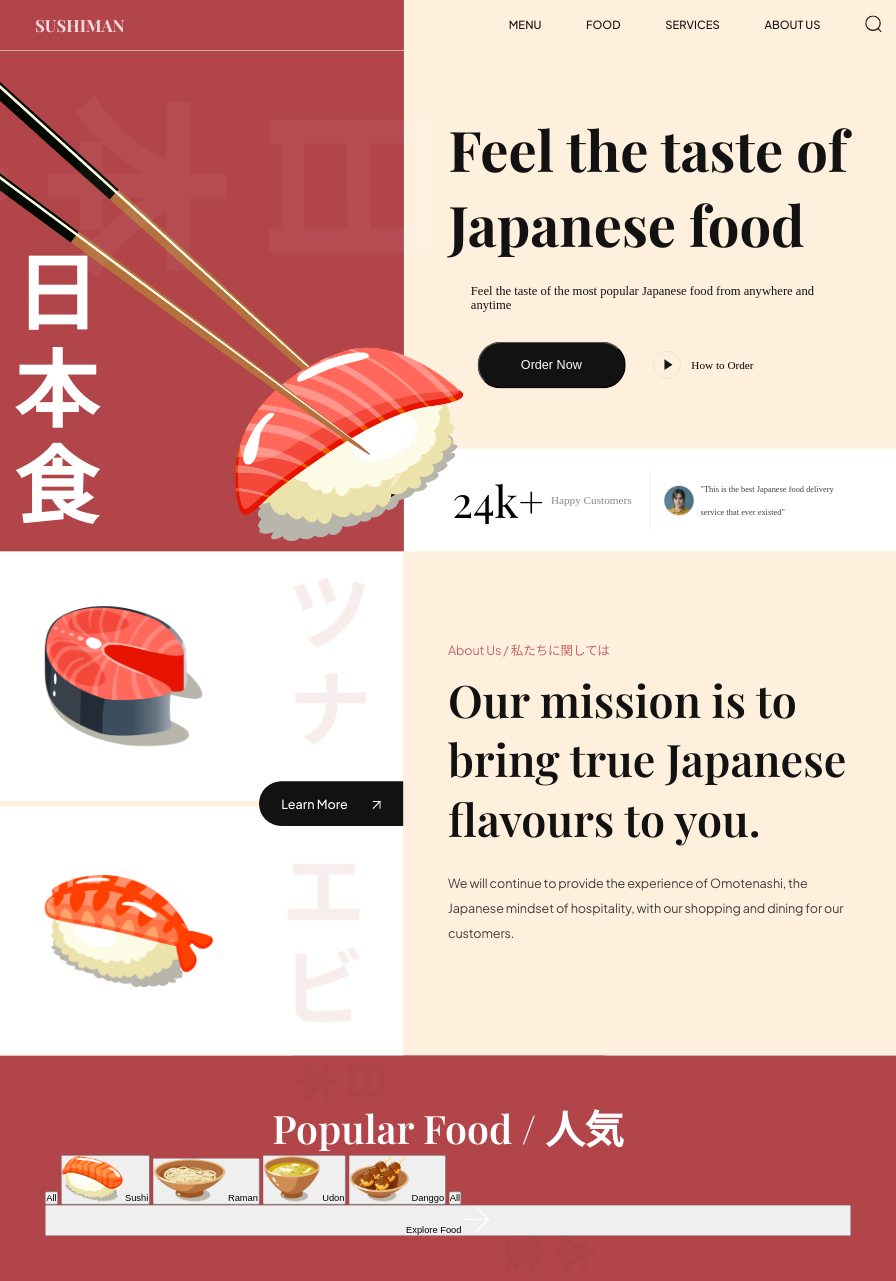
Repository: echoyol/sushiWebsite
Page: index.html
These files come from the project's save history. The page is drawn as it stood at one moment and after the next save; the edit follows.
The browser window is 1280 px wide. The pictures show the whole page, at 70% of full size.

Above is the page before, as saved 2023-06-04 19:52:10.

After the next save:
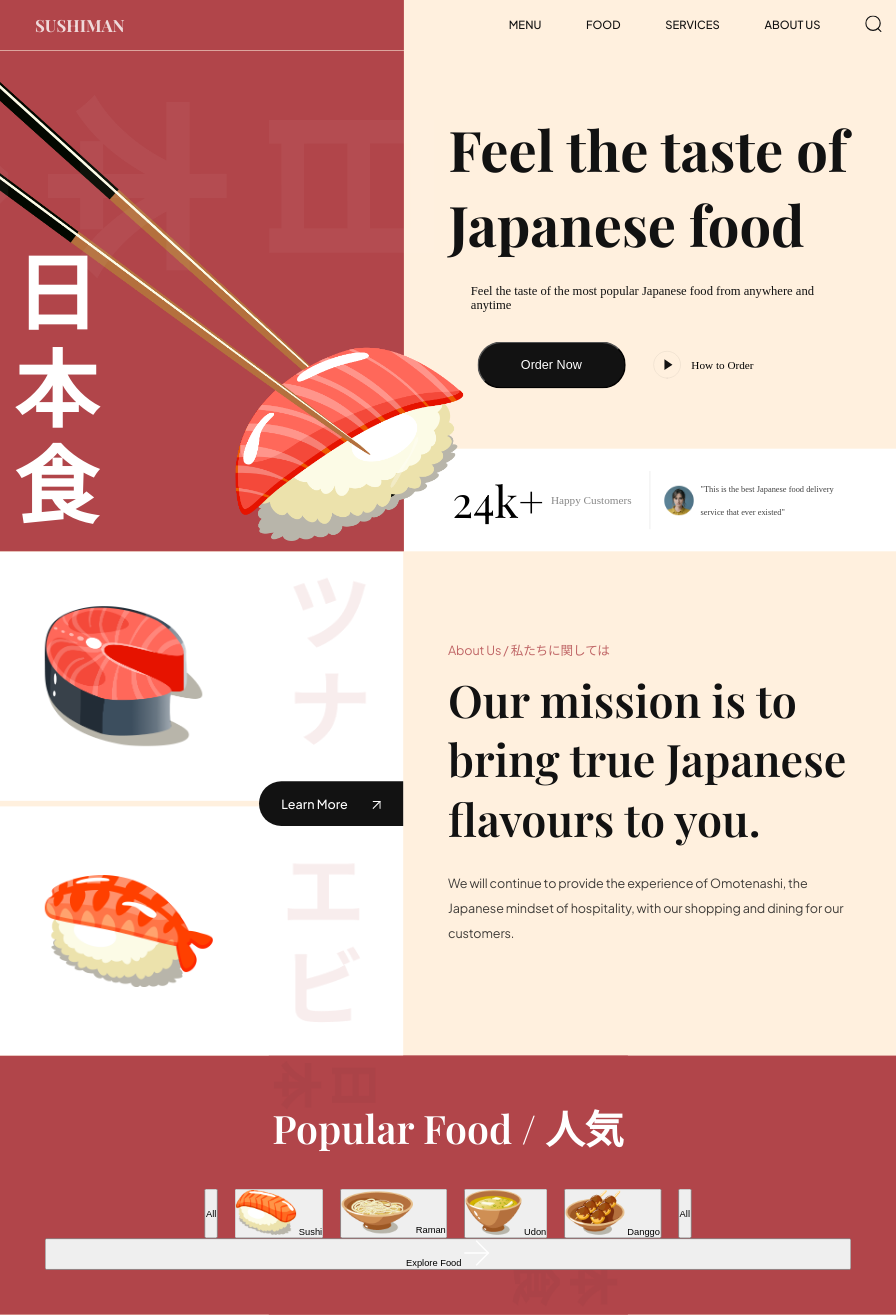
Saved 101 s later.
--- a/css/sections/popular.css
+++ b/css/sections/popular.css
@@ -21,3 +21,13 @@
   color: #fff;
   text-align: center;
 }
+
+.popular-foods__filters {
+  margin-top: 48px;
+  max-width: 100%;
+  overflow-x: auto;
+
+  display: flex;
+  justify-content: center;
+  gap: 24px;
+}
